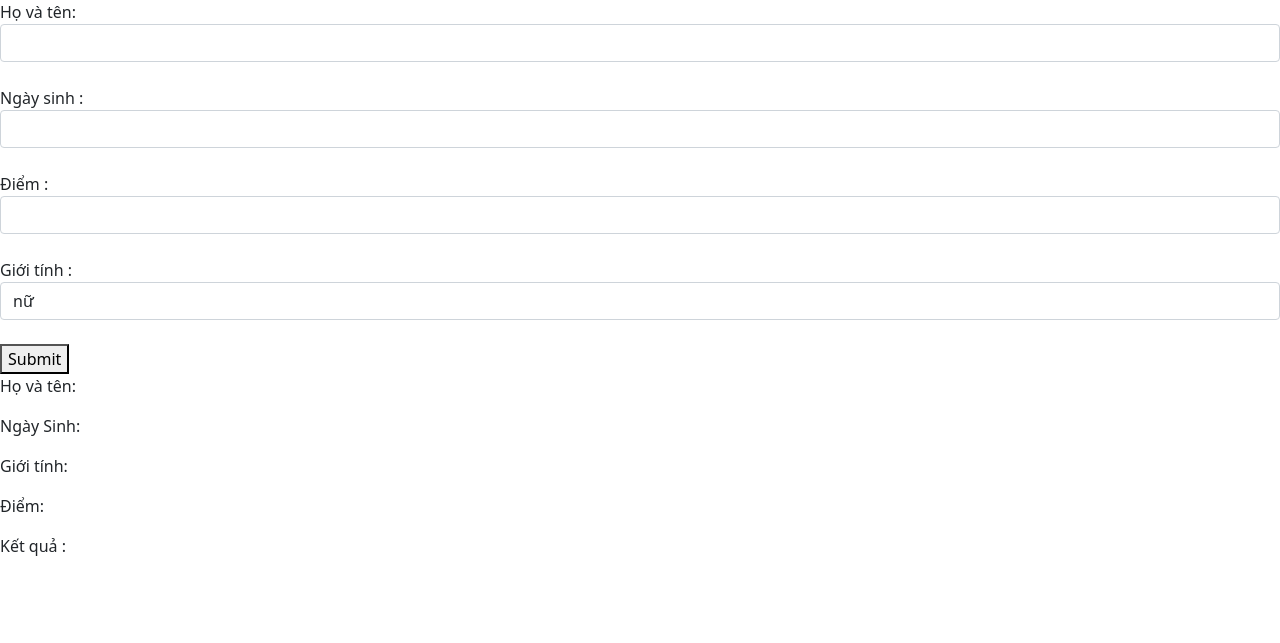
Repository: OanhBuonNgu/Lab4_AngularJS
Page: lab4.5.html
An editor plug-in stored every save of this project. The page is shown before and after the next save, followed by the edit.
The browser window is 1280 px wide. The pictures show the whole page.

Above is the page before, as saved 2022-07-22 13:21:27.

After the next save:
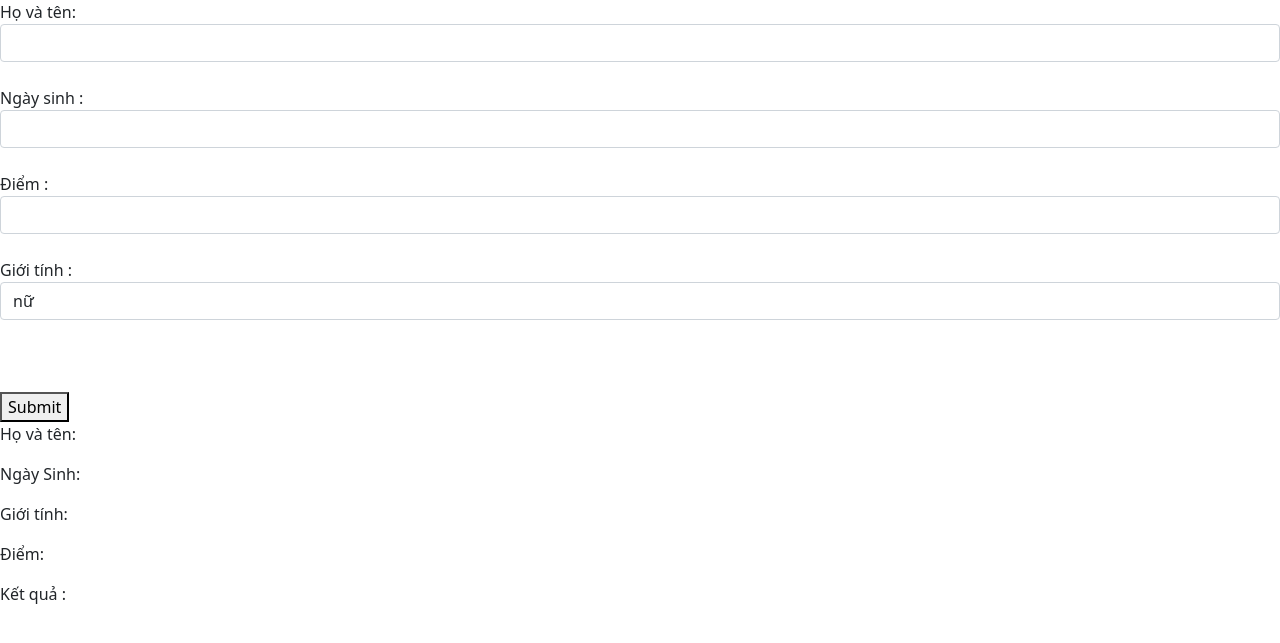
Saved 46 s later.
--- a/lab4.5.html
+++ b/lab4.5.html
@@ -33,18 +33,18 @@
                 <label for="">Giới tính :</label>
                 <select ng-model="student.gender" class="form-control">
                   <option value="">nam</option>
-                  <option value="">nữ</option></select
-                ><br />
-
+                  <option value="">nữ</option>
+                </select>
+                <br /><br /><br />
                 <button type="button" ng-click="submit()">Submit</button>
-            <div class="b5" >
-                <p>Họ và tên: {{student.fullname}}</p>
-                <p>Ngày Sinh: {{student.birthday}}</p>
-                <p>Giới tính: {{student.gender}}</p>
-                <p>Điểm: {{student.mark}}</p>
-                <label >Kết quả :</label>
-                <p ng-bind="student.hocluc"></p>
-            </div>
+                <div class="b5">
+                    <p>Họ và tên: {{student.fullname}}</p>
+                    <p>Ngày Sinh: {{student.birthday}}</p>
+                    <p>Giới tính: {{student.gender}}</p>
+                    <p>Điểm: {{student.mark}}</p>
+                    <label>Kết quả :</label>
+                    <p ng-bind="student.hocluc"></p>
+                </div>
 
             </form>
         </div>

After the save that followed:
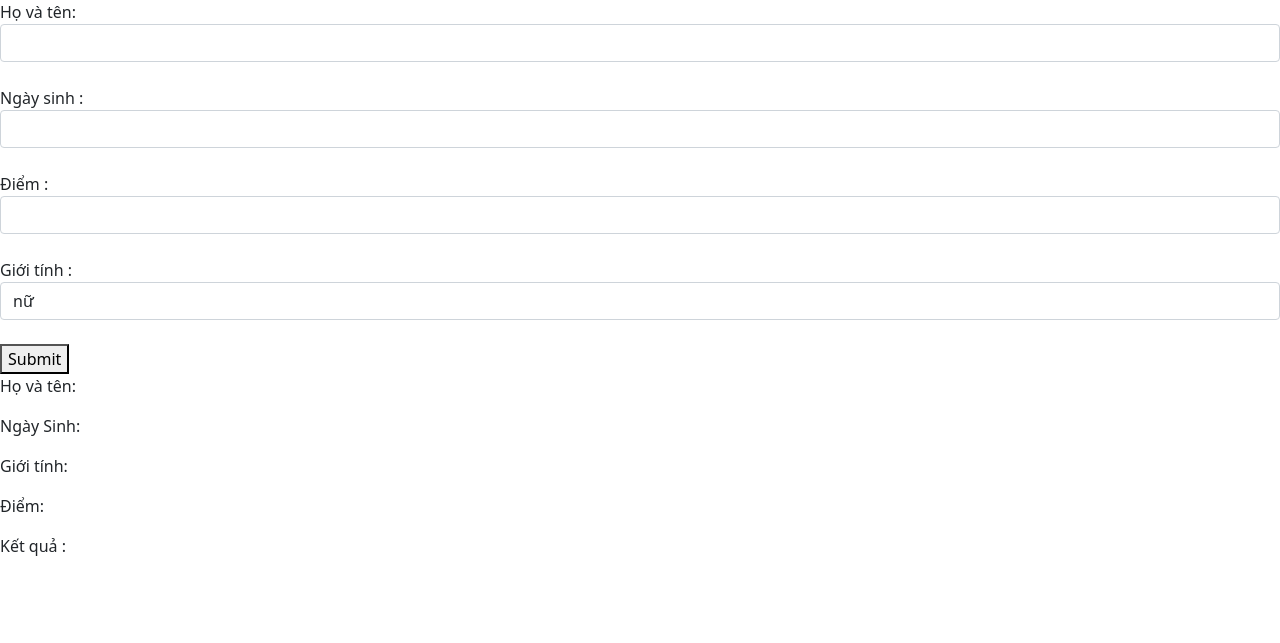
Saved 7 s later.
--- a/lab4.5.html
+++ b/lab4.5.html
@@ -35,7 +35,7 @@
                   <option value="">nam</option>
                   <option value="">nữ</option>
                 </select>
-                <br /><br /><br />
+                <br />
                 <button type="button" ng-click="submit()">Submit</button>
                 <div class="b5">
                     <p>Họ và tên: {{student.fullname}}</p>
